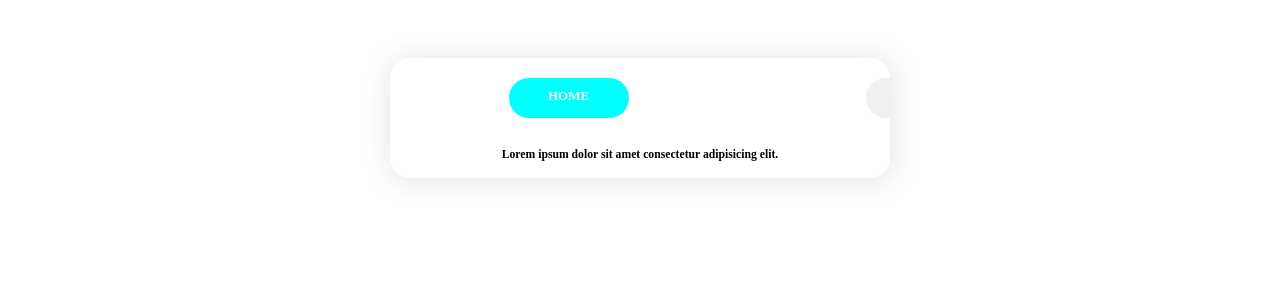
Repository: KHANHD192/JS_evondev
Page: eondev/tab_scroll/index.html
These files come from the project's save history. The page is drawn as it stood at one moment and after the next save; the edit follows.
The browser window is 1280 px wide. The pictures show the whole page.

Above is the page before, as saved 2023-05-30 11:20:44.

### eondev/tab_scroll/index.html
<!DOCTYPE html>
<html lang="en">
<head>
    <meta charset="UTF-8">
    <meta http-equiv="X-UA-Compatible" content="IE=edge">
    <meta name="viewport" content="width=device-width, initial-scale=1.0">
    <title>tab</title>
    <style>

       html{
        box-sizing: border-box;
        font-size: 62.5%;
       }
       .tab_content {
         display: none;
       }
       .tab-item.active{
        background-color: aqua;
        color: white;

       }
       .tab-item{
        background-color: rgba(192, 192, 192, 0.24);
        color:rgb(49, 90, 90);
       }
       body{
        display: flex;
        justify-content: center;
        align-items: center;

       }
       .tab_container{
        margin-top:5rem;
        width: 50rem;
        height: 12rem;
        box-shadow: 2px 2px 3rem rgba(0, 0, 0, 0.116);
        /* border: 1px solid slategray; */
        position: relative;
        border-radius: 2rem;

       }
       .tab_list{
        width: 100%;
        margin-top: 2rem;

        overflow-x: auto;

       }
       .list_content{
        display: flex;
        justify-content: space-around;
        width: 500%;
        white-space: nowrap;
       }
       .tab-item{
        user-select: none;
        width: 12rem;
        height: 3rem;
        border-radius: 999px;
        cursor: pointer;
        text-align: center;
        font-weight: bold;
        font-size: 1.3rem;
        padding-top: 1rem;
       }
       .tab_wrap{
        margin-top: 3rem;
         text-align: center;
       }
       .tab_content.active{
            display: block;
       }
    </style>
</head>
<body>
    <div class="tab_container">
        <div class="tab_list">
           <div class="list_content">
            <div class="tab-item active">HOME</div>
            <div class="tab-item ">NEW</div>
            <div class="tab-item ">NEW</div>
            <div class="tab-item ">NEW</div>
            <div class="tab-item ">ABOUT US</div>
            <div class="tab-item ">ABOUT US</div>
            <div class="tab-item ">ABOUT US</div>
           </div>
        </div>
        <div class="tab_wrap">
            <div class="tab_content active">
                <h3 class="content_ders">
                    Lorem ipsum dolor sit amet consectetur adipisicing elit.
                </h3>
            </div>
            <div class="tab_content">
                <h3 class="content_ders">
                    còn gì đâu mà khóc với sầu !
                </h3>
            </div>
            <div class="tab_content">
                <h3 class="content_ders">
                    chào anh đi em ơiii huhuhu!
                </h3>
            </div>
        </div>
    </div>
    <script src="./app.js"></script>
</body>
</html>

### eondev/tab_scroll/app.js
function click_sildeTab(){
   let button = document.querySelectorAll('.tab-item');
   console.log(button);
   let ders = document.querySelectorAll('.tab_content');
   for(let i = 0 ; i < button.length ; i++){
      button[i].onclick = function(){
         // xử dụng kĩ thuật là css cứng cho 1 item đã active rồi khi click vào button khác thì chỉ việc xóa class active đó rồi gán vô class khác !
         let currentDers = document.querySelector('.tab_content.active');
          currentDers.classList.remove('active');
         ders[i].classList.add('active');

         let buttonCurrent = document.querySelector('.tab-item.active');
         buttonCurrent.classList.remove('active');
         button[i].classList.add('active');
         }
   }

}
click_sildeTab();

After the next save:
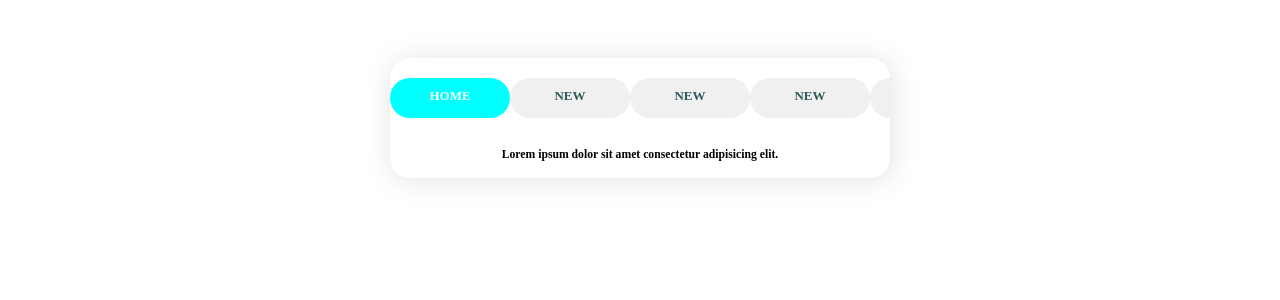
Saved 34 s later.
--- a/eondev/tab_scroll/index.html
+++ b/eondev/tab_scroll/index.html
@@ -42,13 +42,11 @@
        .tab_list{
         width: 100%;
         margin-top: 2rem;
-
         overflow-x: auto;
 
        }
        .list_content{
         display: flex;
-        justify-content: space-around;
         width: 500%;
         white-space: nowrap;
        }
